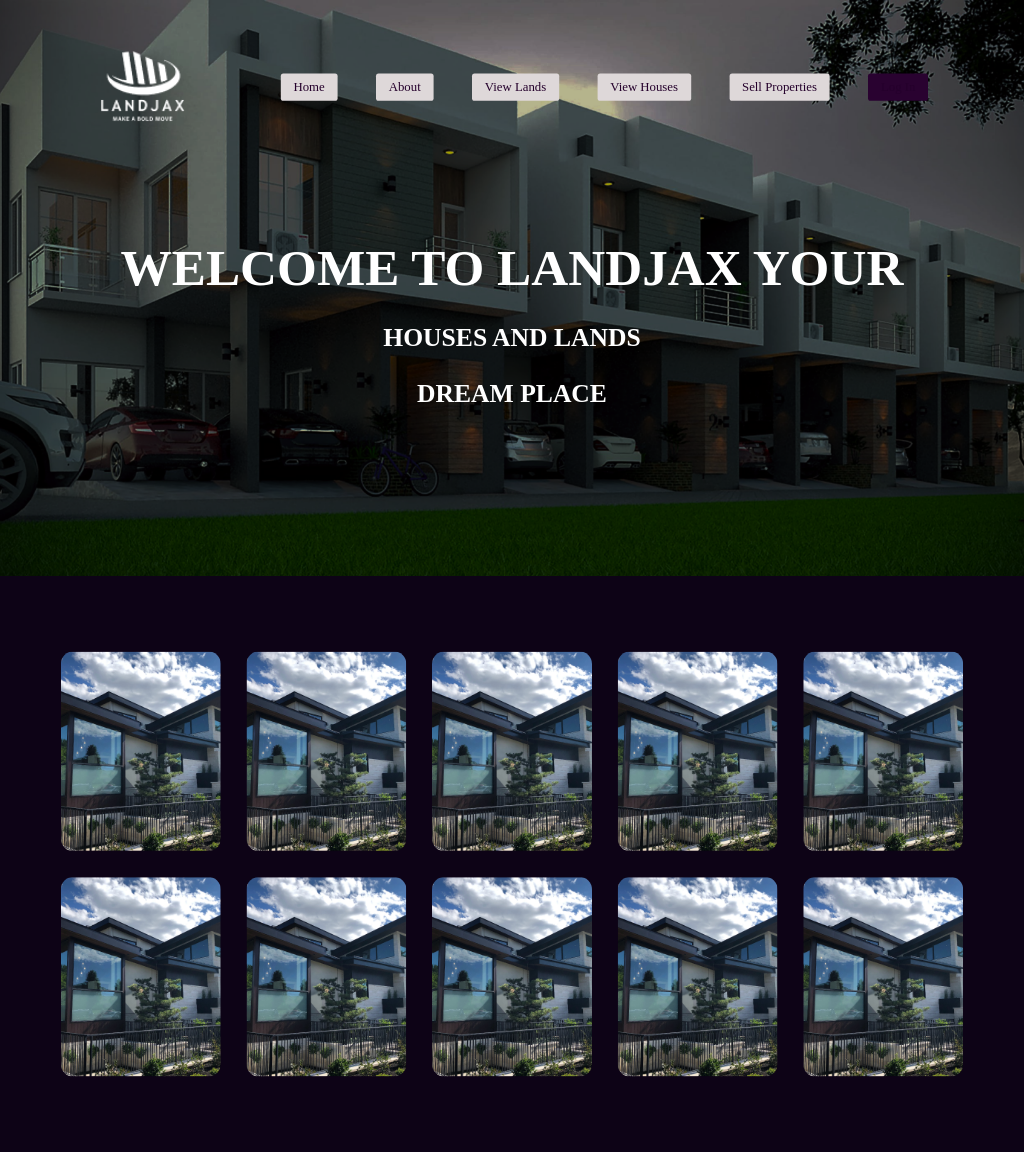
Repository: NorVirae/landjax-frontend
Page: /
The author's editor kept a copy of each file at every save. The page is drawn from the files as they stood at one save, then again after the next save.
The browser window is 1280 px wide. The pictures show the whole page, at 80% of full size.
The project was rebuilt for these pictures with package versions that can differ from the ones it lists, and the page was loaded fresh each time. The framework's server and built-in components were replaced by stand-ins that run in the browser. Also part of the build but not shown: next.config.js.

Above is the page before, as saved 2022-07-02 16:06:11.

After the next save:
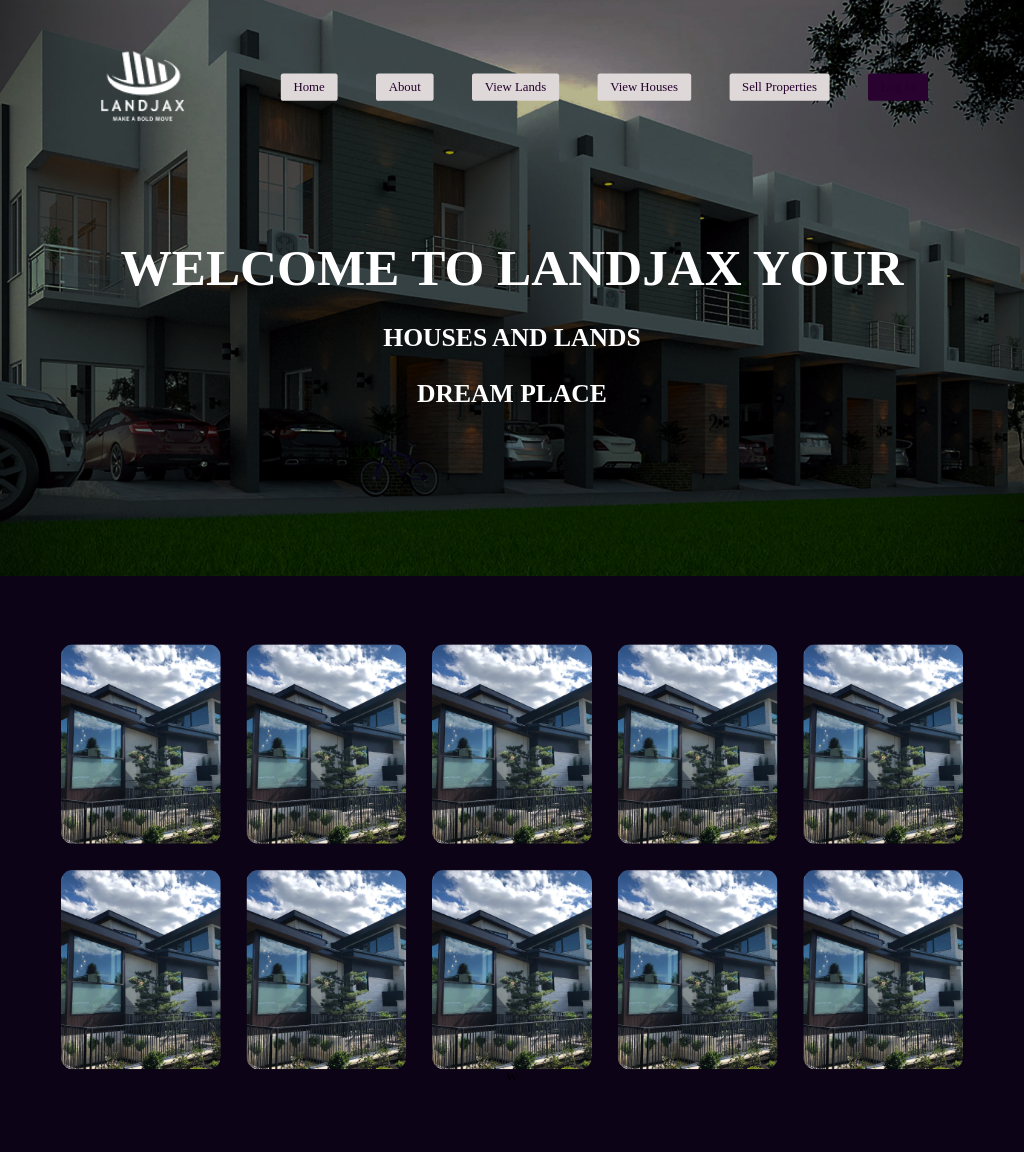
Saved 85 s later.
--- a/pages/index.tsx
+++ b/pages/index.tsx
@@ -44,7 +44,7 @@ const Home = () => {
           </div>
 
           <section>
-
+            <p> W</p>
           </section>
 
         </section>
